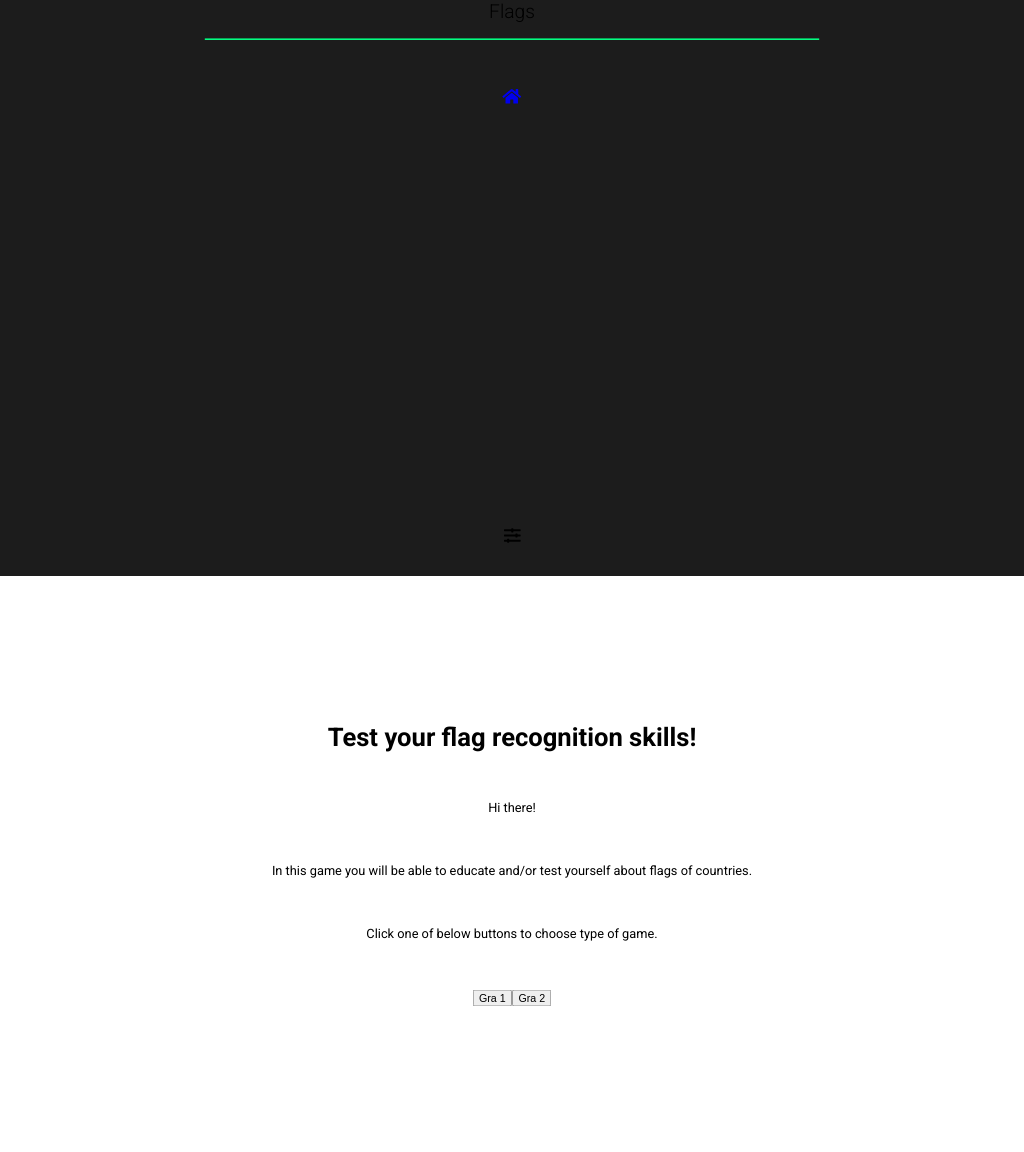
Repository: RXBVK/Flags
Page: /
The author's editor kept a copy of each file at every save. The page is drawn from the files as they stood at one save, then again after the next save.
The browser window is 1280 px wide. The pictures show the whole page, at 80% of full size.
The project was rebuilt for these pictures with package versions that can differ from the ones it lists, and the page was loaded fresh each time.

Above is the page before, as saved 2021-06-29 16:27:08.

After the next save:
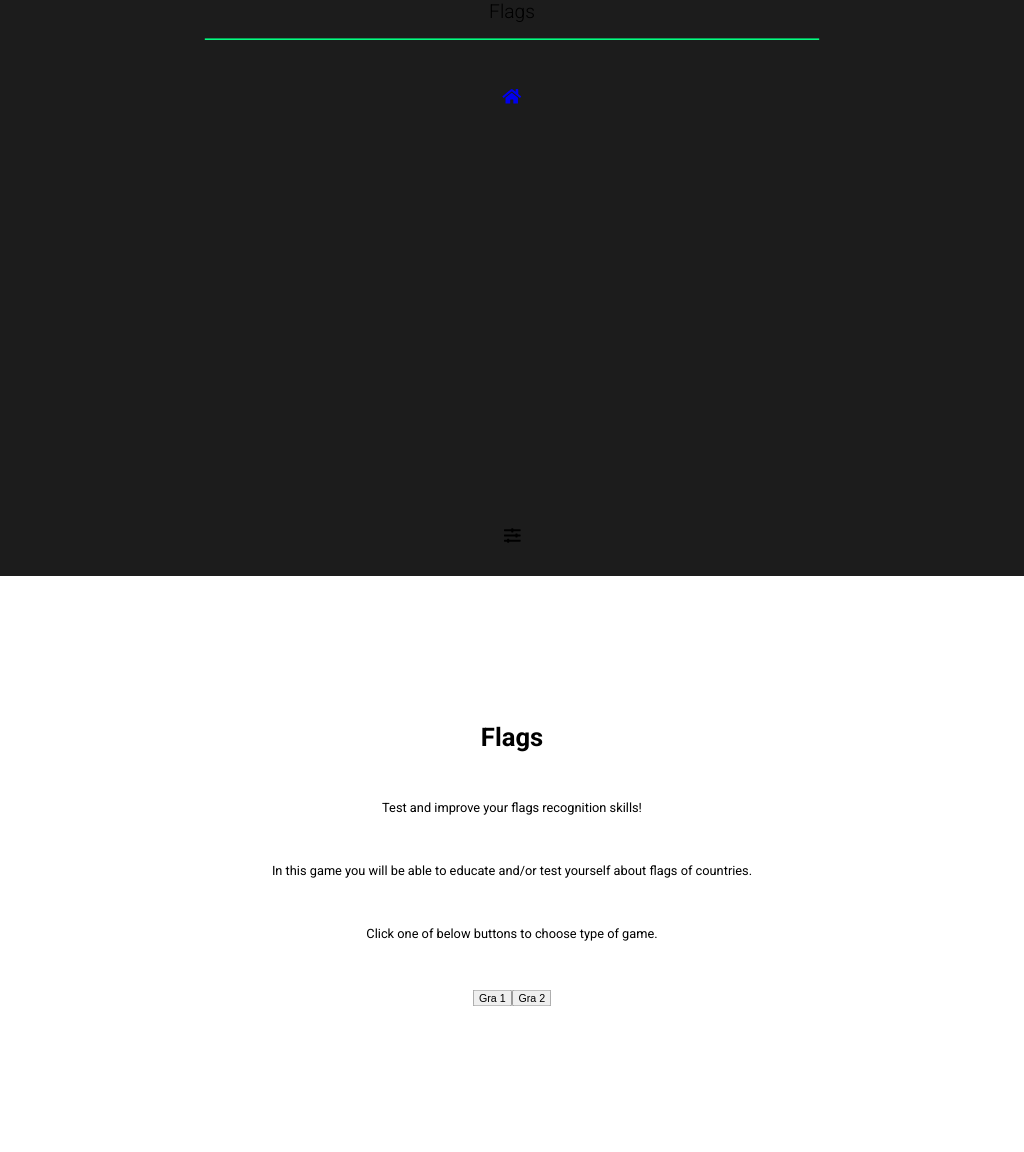
Saved 68 s later.
--- a/src/components/Home/Home.js
+++ b/src/components/Home/Home.js
@@ -3,8 +3,8 @@ import React from "react";
 export default function Home() {
   return (
     <div className="container">
-      <h1>Test your flag recognition skills!</h1>
-      <p>Hi there!</p>
+      <h1>Flags</h1>
+      <p>Test and improve your flags recognition skills!</p>
       <p>
         In this game you will be able to educate and/or test yourself about
         flags of countries.
